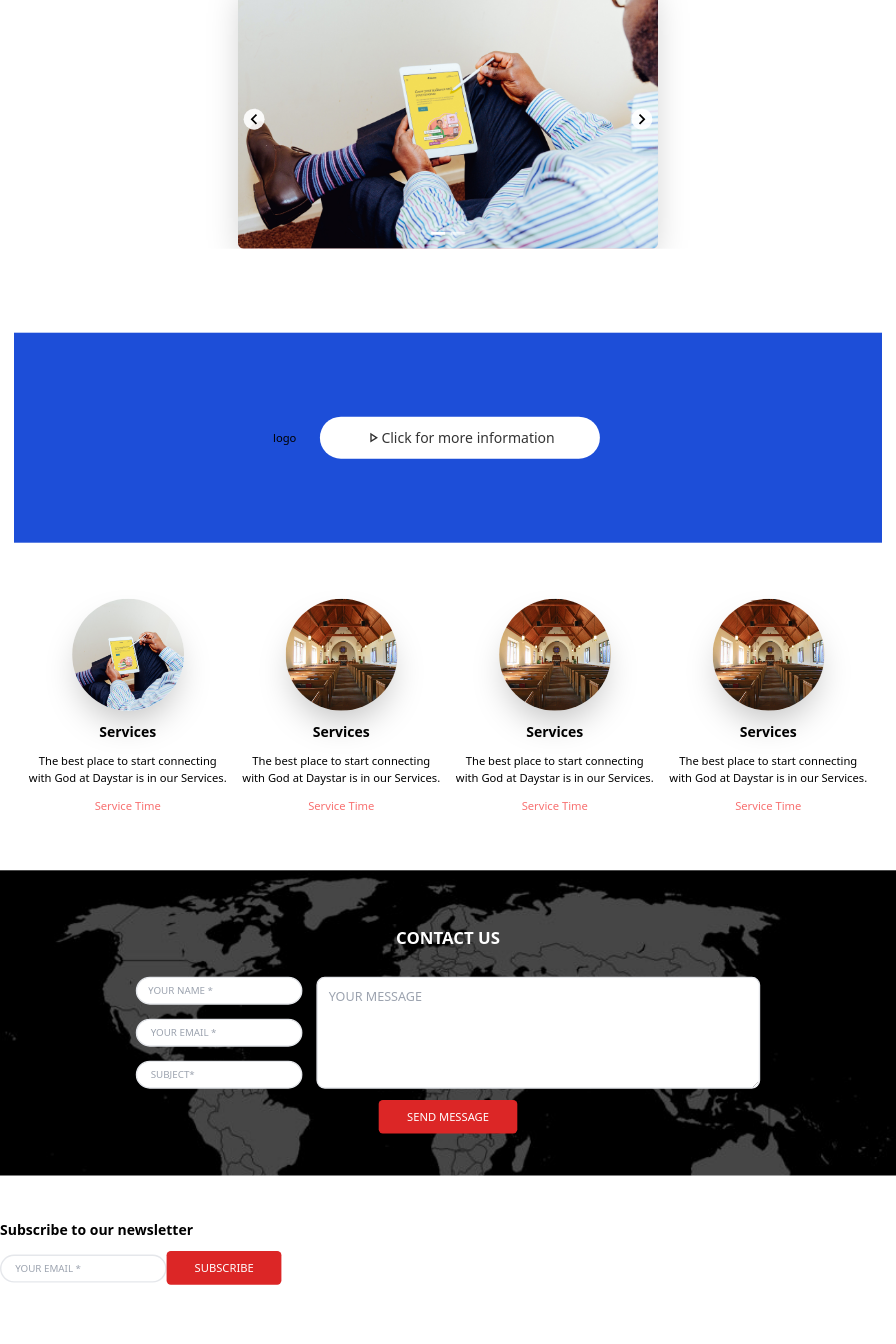
Repository: hisreal123/godschamber
Page: /
These files come from the project's save history. The page is drawn as it stood at one moment and after the next save; the edit follows.
The browser window is 1280 px wide. The pictures show the part of the page from y = 1755 to 3675 px (the page is 3675 px tall), at 70% of full size.
The project was rebuilt for these pictures with package versions that can differ from the ones it lists, and the page was loaded fresh each time. The framework's server and built-in components were replaced by stand-ins that run in the browser. Also part of the build but not shown: next.config.js.

Above is the page before, as saved 2023-03-31 18:10:58.

After the next save:
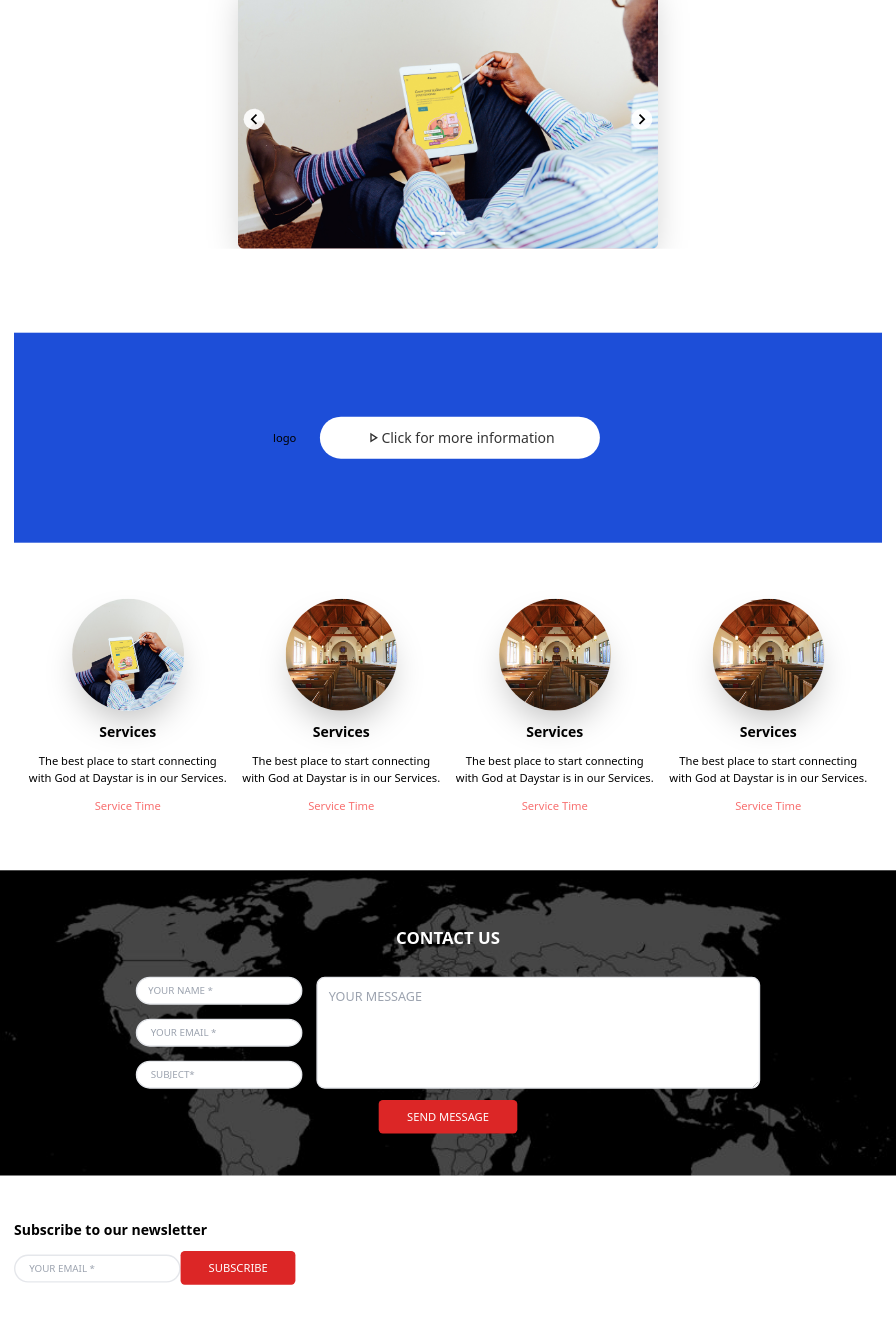
Saved 36 s later.
--- a/src/app/components/Newsletter.tsx
+++ b/src/app/components/Newsletter.tsx
@@ -10,7 +10,7 @@ const sendEmail = () => {
 export default function Newsletter() {
     return (
         <>
-            <section className='py-16'>
+            <section className='py-16 px-5'>
                 <h1 className='font-bold text-lg lg:text-xl '> Subscribe to our newsletter </h1>
 
                 <form method="post">
